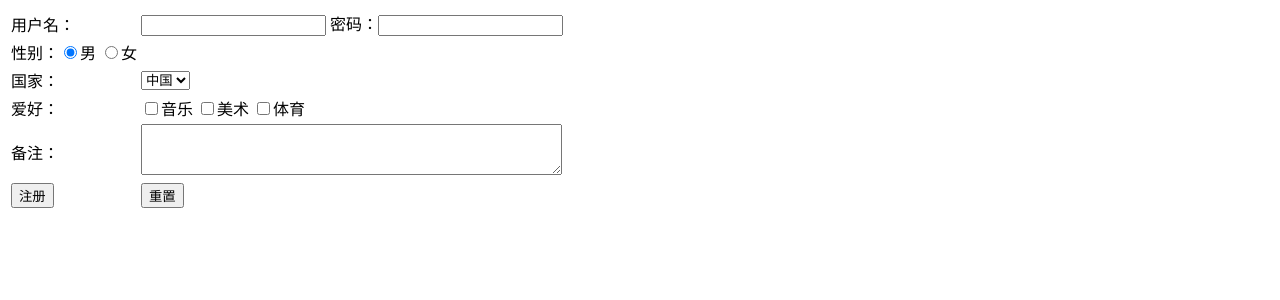
Repository: Lansefanggezi/JavaWeb
Page: HelloServlet/WebContent/Register.html
An editor plug-in stored every save of this project. The page is shown before and after the next save, followed by the edit.
The browser window is 1280 px wide. The pictures show the whole page.

Above is the page before, as saved 2018-03-29 08:42:00.

### HelloServlet/WebContent/Register.html
<!DOCTYPE html>
<html>
<head>
<meta charset="UTF-8">
<title>Register</title>
</head>
<body>
	<form action="RegisterServlet" method="post" name="action1">
	<table style="">
	<tr>
		<td >
			用户名：
			</td>
		<td><input type="text" name="userName" >

			密码：<input type="password" name="password">
		</td>
	</tr>
	<tr>
		<td>
			性别：<input type="radio" name="sex" value="男" checked>男
		<input type="radio" name="sex" value="女">女
		</td>
		<tr>
		<td>
		国家：</td><td><select name="country">
				<option value="zhongguo">中国</option>
				<option value="riben">日本</option>
				<option value="chaoxian">朝鲜</option>
			</select>
		</td>
		</tr>
		<tr><td>爱好：</td>
		<td> <input type="checkbox" name="likes" value="音乐">音乐
				<input type="checkbox" name="likes" value="美术">美术
				<input type="checkbox" name="likes" value="体育">体育
			</td>
			</tr>
			<tr>
			<td>
		备注：</td>
		<td><textarea rows="3" cols="50" name="remark" ></textarea>
		</td>
		</tr>
		<tr>
		<td>
		<input type="submit" value="注册" >
		</td>
		<td>
		<input type="reset" value="重置">
		</td>
		</tr>
		</table>
	</form>
</body>
</html>

After the next save:
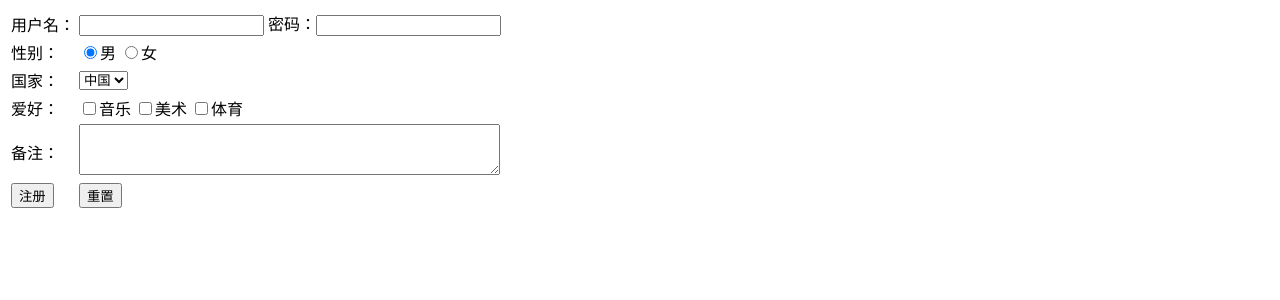
Saved 18 s later.
--- a/HelloServlet/WebContent/Register.html
+++ b/HelloServlet/WebContent/Register.html
@@ -18,7 +18,7 @@
 	</tr>
 	<tr>
 		<td>
-			性别：<input type="radio" name="sex" value="男" checked>男
+			性别：<td> <input type="radio" name="sex" value="男" checked>男
 		<input type="radio" name="sex" value="女">女
 		</td>
 		<tr>
